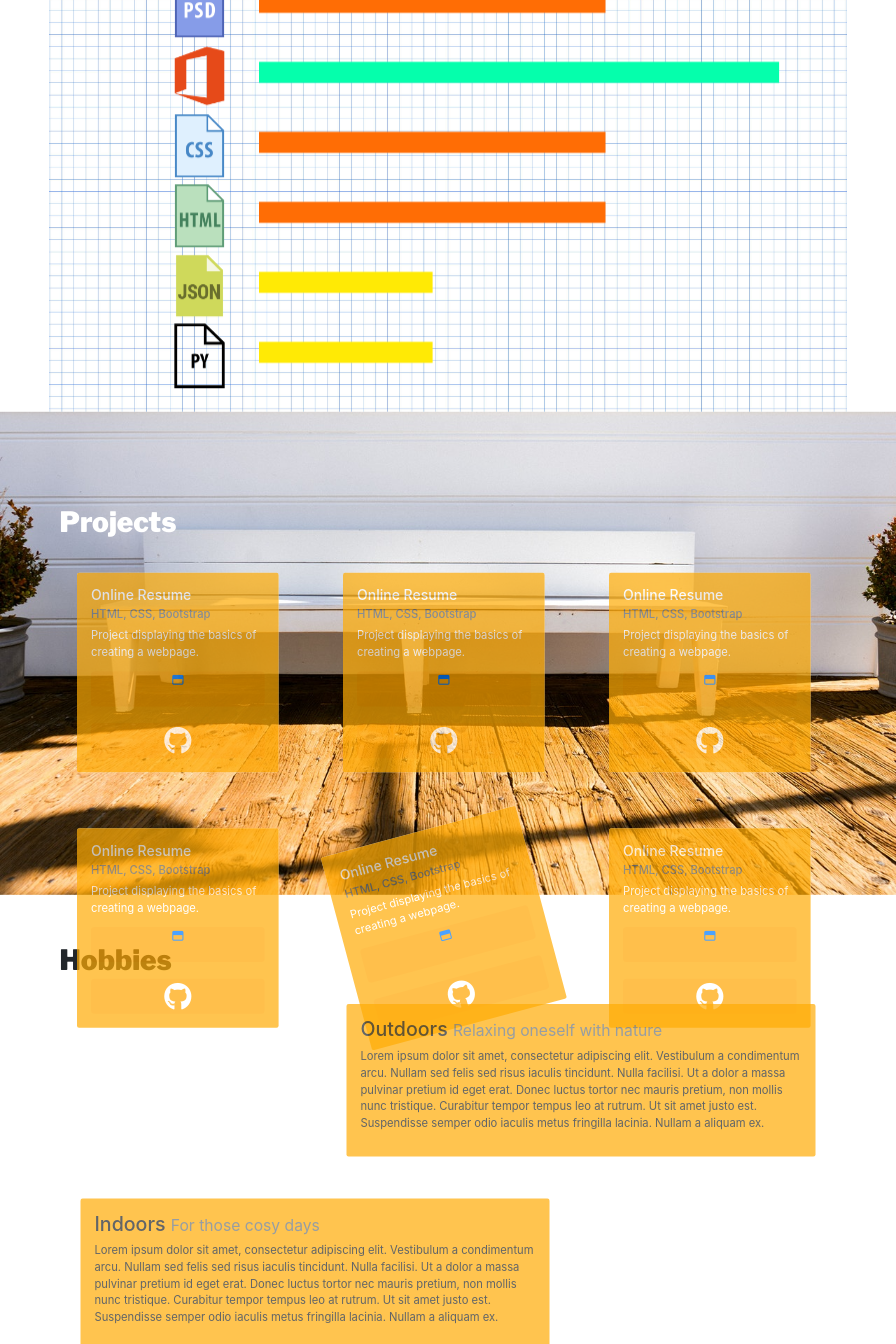
Repository: muhdarifrawi/resume-project
Page: index.html
The author's editor kept a record of every edit. The page is drawn from the files as they stood at one moment, then again after the next edit.
The browser window is 1280 px wide. The pictures show the part of the page from y = 946 to 2866 px (the page is 3765 px tall), at 70% of full size.
The pointer rests on the first visible `.card`.
Some web libraries are served in a nearby version.

Above is the page before.

### index.html
<!doctype html>
<html lang="en">

<head>
    <!-- Required meta tags -->
    <meta charset="utf-8">
    <meta name="viewport" content="width=device-width, initial-scale=1, shrink-to-fit=no">
    <!-- Font Awesome script -->
    <script src="https://kit.fontawesome.com/00e1568e72.js"></script>
    <!-- GOOGLE font -->
    <link href="https://fonts.googleapis.com/css?family=Libre+Franklin:900&display=swap" rel="stylesheet">
    <!-- AOS script -->
    <link href="https://unpkg.com/aos@2.3.1/dist/aos.css" rel="stylesheet">

    <!-- Bootstrap CSS -->
    <link rel="stylesheet" href="https://stackpath.bootstrapcdn.com/bootstrap/4.3.1/css/bootstrap.min.css" integrity="sha384-ggOyR0iXCbMQv3Xipma34MD+dH/1fQ784/j6cY/iJTQUOhcWr7x9JvoRxT2MZw1T" crossorigin="anonymous">
    <link rel="stylesheet" href="style.css" type="text/css" />
    <title>Online Resume</title>
</head>

  <!-- scroll spy added to body section -->
<body data-spy="scroll" data-target="#navscroll" data-offset="100">
    <!-- Navbar starts here -->
    <nav id="navscroll" class="navbar fixed-top navbar-expand-lg navbar-light bg-light">
        <a class="navbar-brand" href="#">My Resume</a>
        <button class="navbar-toggler" type="button" data-toggle="collapse" data-target="#navbarSupportedContent" aria-controls="navbarSupportedContent" aria-expanded="false" aria-label="Toggle navigation">
    <span class="navbar-toggler-icon"></span>
  </button>

        <div class="collapse navbar-collapse" id="navbarSupportedContent">
            <ul class="navbar-nav mr-auto">
                <li class="nav-item">
                    <a class="nav-link" href="#home">Home <span class="sr-only">(current)</span></a>
                </li>
                <li class="nav-item">
                    <a class="nav-link" href="#skills">Skills</a>
                </li>

                <li class="nav-item">
                    <a class="nav-link" href="#projects">Projects</a>
                </li>

                <li class="nav-item">
                    <a class="nav-link" href="#hobbies">Hobbies</a>
                </li>

                <li class="nav-item">
                    <a class="nav-link" href="#contact">Contact Me</a>
                </li>

            </ul>

        </div>
    </nav>
    <!-- navbar ends here -->

    <!--Jumbotron -->
    <div class="jumbotron jumbotron-fluid" id="home">
        <div class="container">
            <h1 class="display-4">Muhammad Arif Bin Rawi</h1>
            <p class="lead">Aspiring Junior Game Developer. </p>
        </div>
    </div>

    <div class="orange strip"></div>

<div class="container" id="skills">

<h1>Skills</h1>
    <!-- created div to slot in AOS -->
   <div data-aos="fade-right" data-aos-offset="300" data-aos-easing="ease-in-sine">
        <!-- photoshop row -->
        <div class="row pt-md-5">
            <div class="col-lg-3 col-sm-6">
                <div class="ware">
                    <img src="image/icon/PS.png" alt="photoshop" class="rounded">
                    <div class="house">
                        <div class="text">
                            <h5>Photoshop</h5>
                        </div>
                        <div class="text2">
                            <h6>Good</h6>
                        </div>
                    </div>
                </div>
            </div>
            <div class="col-lg-9 col-sm-6">
                <div class="bar-mid"></div>
            </div>
        </div>

        <!-- ms office row -->
        <div class="row">
            <div class="col-lg-3 col-sm-6">
                <div class="ware">
                    <img src="image/icon/MSO.png" alt="MS Office" class="rounded">
                    <div class="house">
                        <div class="text">
                            <h5>MS Office</h5>
                        </div>
                        <div class="text2">
                            <h6>Advance</h6>
                        </div>
                    </div>
                </div>
            </div>
            <div class="col-lg-9 col-sm-6">
                <div class="bar-full"></div>
            </div>
        </div>

        <!-- CSS row -->
        <div class="row">
            <div class="col-lg-3 col-sm-6">
                <div class="ware">
                    <img src="image/icon/CSS.png" alt="CSS" class="rounded">
                    <div class="house">
                        <div class="text">
                            <h5>CSS</h5>
                        </div>
                        <div class="text2">
                            <h6>Good</h6>
                        </div>
                    </div>
                </div>
            </div>
            <div class="col-lg-9 col-sm-6">
                <div class="bar-mid"></div>
            </div>
        </div>

        <!-- HTML row -->
        <div class="row">
            <div class="col-lg-3 col-sm-6">
                <div class="ware">
                    <img src="image/icon/HTML.png" alt="HTML" class="rounded">
                    <div class="house">
                        <div class="text">
                            <h5>HTML</h5>
                        </div>
                        <div class="text2">
                            <h6>Good</h6>
                        </div>
                    </div>
                </div>
            </div>
            <div class="col-lg-9 col-sm-6">
                <div class="bar-mid"></div>
            </div>
        </div>

        <!-- Java row -->
        <div class="row">
            <div class="col-lg-3 col-sm-6">
                <div class="ware">
                    <img src="image/icon/JS.png" alt="Java" class="rounded">
                    <div class="house">
                        <div class="text">
                            <h5>Java</h5>
                        </div>
                        <div class="text2">
                            <h6>Basic</h6>
                        </div>
                    </div>
                </div>
            </div>
            <div class="col-lg-9 col-sm-6">
                <div class="bar-min"></div>
            </div>
        </div>

        <!-- Python row -->
        <div class="row">
            <div class="col-lg-3 col-sm-6">
                <div class="ware">
                    <img src="image/icon/PY.png" alt="Python" class="rounded">
                    <div class="house">
                        <div class="text">
                            <h5>Python</h5>
                        </div>
                        <div class="text2">
                            <h6>Basic</h6>
                        </div>
                    </div>
                </div>
            </div>
            <div class="col-lg-9 col-sm-6">
                <div class="bar-min"></div>
            </div>
        </div>
    </div>
</div>

    <!-- <div class="orange strip"></div> -->

<!--usage of jumbotron to overcome "no-stretch" problem -->
<div class="jumbotron jumbotron-fluid "  id="projects">
<div class="container">
        <h1>Projects</h1>
        <div class="row">
            <div class="col">
                <div class="card note" style="width: 18rem;">
                    <div class="card-body">
                        <h5 class="card-title">Online Resume</h5>
                        <h6 class="card-subtitle mb-2 text-muted">HTML, CSS, Bootstrap</h6>
                        <p class="card-text">Project displaying the basics of creating a webpage.</p>

                        <a href="https://muhdarifrawi.github.io/resume-project/" target="_blank" class="card-link">
                            <div class="rounded-box"><i class="far fa-window-maximize"></i></div></a>

                        <a href="https://github.com/muhdarifrawi/resume-project" target="_blank" class="card-link">
                            <div class="rounded-box"><i class="fab fa-github"></i></div></a>
                    </div>
                </div>
            </div>

            <div class="col">
                <div class="card note2" style="width: 18rem;">
                    <div class="card-body">
                        <h5 class="card-title">Online Resume</h5>
                        <h6 class="card-subtitle mb-2 text-muted">HTML, CSS, Bootstrap</h6>
                        <p class="card-text">Project displaying the basics of creating a webpage.</p>

                        <a href="https://muhdarifrawi.github.io/resume-project/" target="_blank" class="card-link">
                            <div class="rounded-box"><i class="far fa-window-maximize"></i></div></a>

                        <a href="https://github.com/muhdarifrawi/resume-project" target="_blank" class="card-link">
                            <div class="rounded-box"><i class="fab fa-github"></i></div></a>
                    </div>
                </div>
            </div>

            <div class="col">
                <div class="card note3" style="width: 18rem;">
                    <div class="card-body">
                        <h5 class="card-title">Online Resume</h5>
                        <h6 class="card-subtitle mb-2 text-muted">HTML, CSS, Bootstrap</h6>
                        <p class="card-text">Project displaying the basics of creating a webpage.</p>

                        <a href="https://muhdarifrawi.github.io/resume-project/" target="_blank" class="card-link">
                            <div class="rounded-box"><i class="far fa-window-maximize"></i></div></a>

                        <a href="https://github.com/muhdarifrawi/resume-project" target="_blank" class="card-link">
                            <div class="rounded-box"><i class="fab fa-github"></i></div></a>
                    </div>
                </div>
            </div>

        </div>

        <div class="row">
        <div class="col">
            <div class="card note3" style="width: 18rem;">
                <div class="card-body">
                    <h5 class="card-title">Online Resume</h5>
                    <h6 class="card-subtitle mb-2 text-muted">HTML, CSS, Bootstrap</h6>
                    <p class="card-text">Project displaying the basics of creating a webpage.</p>

                    <a href="https://muhdarifrawi.github.io/resume-project/" target="_blank" class="card-link">
                        <div class="rounded-box"><i class="far fa-window-maximize"></i></div></a>

                    <a href="https://github.com/muhdarifrawi/resume-project" target="_blank" class="card-link">
                        <div class="rounded-box"><i class="fab fa-github"></i></div></a>
                </div>
            </div>
        </div>

        <div class="col">
            <div class="card note" style="width: 18rem;">
                <div class="card-body">
                    <h5 class="card-title">Online Resume</h5>
                    <h6 class="card-subtitle mb-2 text-muted">HTML, CSS, Bootstrap</h6>
                    <p class="card-text">Project displaying the basics of creating a webpage.</p>

                    <a href="https://muhdarifrawi.github.io/resume-project/" target="_blank" class="card-link">
                        <div class="rounded-box"><i class="far fa-window-maximize"></i></div></a>

                    <a href="https://github.com/muhdarifrawi/resume-project" target="_blank" class="card-link">
                        <div class="rounded-box"><i class="fab fa-github"></i></div></a>
                </div>
            </div>
        </div>

        <div class="col">
            <div class="card note2" style="width: 18rem;">
                <div class="card-body">
                    <h5 class="card-title">Online Resume</h5>
                    <h6 class="card-subtitle mb-2 text-muted">HTML, CSS, Bootstrap</h6>
                    <p class="card-text">Project displaying the basics of creating a webpage.</p>

                    <a href="https://muhdarifrawi.github.io/resume-project/" target="_blank" class="card-link">
                        <div class="rounded-box"><i class="far fa-window-maximize"></i></div></a>

                    <a href="https://github.com/muhdarifrawi/resume-project" target="_blank" class="card-link">
                        <div class="rounded-box"><i class="fab fa-github"></i></div></a>
                </div>
            </div>
        </div>

    </div>

    </div>
</div>
<!-- <div class="orange strip"></div> -->

<div class="container" id="hobbies">
    <h1>Hobbies</h1>
    <div class="row">

        <div class="col-sm-6 col-md-4 ">
            <div class="col"><div class="thumb camping"></div></div>
        </div>
        <div class="col-sm-6 col-md-8">
            <div class="card">
                <div class="card-body">
                    <h3>
                      Outdoors
                      <small class="text-muted">Relaxing oneself with nature</small>
                    </h3>

                    <p>
                        Lorem ipsum dolor sit amet, consectetur adipiscing elit. Vestibulum a condimentum arcu. Nullam sed felis sed risus iaculis tincidunt. Nulla facilisi. Ut a dolor a massa pulvinar pretium id eget erat. Donec luctus tortor nec mauris pretium, non mollis nunc tristique. Curabitur tempor tempus leo at rutrum. Ut sit amet justo est. Suspendisse semper odio iaculis metus fringilla lacinia. Nullam a aliquam ex.
                    </p>
                </div>
            </div>
        </div>

    </div>

       <div class="row">

        <div class="col-sm-6 order-sm-2 col-md-4">
            <div class="col"><div class="thumb indoor"></div></div>

        </div>
        <div class="col-sm-6 order-sm-1 col-md-8">

            <div class="card">
                <div class="card-body">
                    <h3>
                    Indoors
                      <small class="text-muted">For those cosy days</small>
                    </h3>

                    <p>
                        Lorem ipsum dolor sit amet, consectetur adipiscing elit. Vestibulum a condimentum arcu. Nullam sed felis sed risus iaculis tincidunt. Nulla facilisi. Ut a dolor a massa pulvinar pretium id eget erat. Donec luctus tortor nec mauris pretium, non mollis nunc tristique. Curabitur tempor tempus leo at rutrum. Ut sit amet justo est. Suspendisse semper odio iaculis metus fringilla lacinia. Nullam a aliquam ex.
                    </p>
                </div>
            </div>

        </div>

    </div>

</div>

<div class="orange strip"></div>

<div class="container" id="contact">


<div class="row">


<!-- left column -->
<div class="col-sm-6 pl-4">
    <!-- top column -->
    <div class="row">
    <h1>Contact Me</h1>
    </div>

<!-- bottom column -->
<div class="row">
<div class="col">
<form>

    <div class="form-group">
        <label for="name">Name</label>
        <input type="text" class="form-control" id="form1" placeholder="Name" required>
    </div>

    <div class="form-group">
        <label for="email">Email Address</label>
        <input type="email" class="form-control" id="form1" placeholder="name@example.com" required>
    </div>


    <div class="form-group">
        <label for="Textarea">Comments</label>
        <textarea class="form-control" id="form1" rows="3" required></textarea>
    </div>

    <input class="btn btn-primary" type="submit" value="Submit">
</form>

</div>
</div>
</div>
<!-- right column-->
<div class="col-sm-6 pl-4">
    <!-- top column -->
    <div class="row">
    <h1>Follow Me</h1>
    </div>
<!--bottom column -->
<div class="col">
    <div class="row pt-3"></div>
    <div class="row">
        <div class="col"><a href="https://www.twitter.com/ArifRawi" target="_blank"><div class="rounded-box"><i class="fab fa-twitter"></i></div></a></div>
        <div class="col"><a href="https://github.com/muhdarifrawi" target="_blank"><div class="rounded-box"><i class="fab fa-github"></i></div></a></div>
        <div class="col"><a href="https://www.instagram.com/muhdarifrawi/" target="_blank"><div class="rounded-box"><i class="fab fa-instagram"></i></div></a></div>

    </div>
    <div class="row"></div>
</div>
</div>
</div>
</div>

<div class="orange banner">
    <div class="container" id="footer">

        <div class="row">

            <div class="col-sm-4 px-4">
                <h6>Acknowledgments</h6>
                    <p>Thank you to all that has helped and guided me in making this project work.</p>



            </div>

            <div class="col-sm-4 px-4">
                <h6>Disclaimer</h6>
                <p>This webpage is a work meant for education purposes only. </p>
            </div>

            <div class="col-sm-4 px-4">
                <h6>Copyright 2019, all rights reserved.</h6>
            </div>
        </div>

    </div>
</div>
    <!-- Optional JavaScript -->
    <!-- jQuery first, then Popper.js, then Bootstrap JS -->
    <script src="https://code.jquery.com/jquery-3.3.1.slim.min.js" integrity="sha384-q8i/X+965DzO0rT7abK41JStQIAqVgRVzpbzo5smXKp4YfRvH+8abtTE1Pi6jizo" crossorigin="anonymous"></script>
    <script src="https://cdnjs.cloudflare.com/ajax/libs/popper.js/1.14.7/umd/popper.min.js" integrity="sha384-UO2eT0CpHqdSJQ6hJty5KVphtPhzWj9WO1clHTMGa3JDZwrnQq4sF86dIHNDz0W1" crossorigin="anonymous"></script>
    <script src="https://stackpath.bootstrapcdn.com/bootstrap/4.3.1/js/bootstrap.min.js" integrity="sha384-JjSmVgyd0p3pXB1rRibZUAYoIIy6OrQ6VrjIEaFf/nJGzIxFDsf4x0xIM+B07jRM" crossorigin="anonymous"></script>
    <!--AOS script -->
    <script src="https://unpkg.com/aos@2.3.1/dist/aos.js"></script>

    <script>
        AOS.init();
    </script>
</body>

</html>

### style.css
html{
    width:100%;
    height:100%;

}

body{
    padding-top:30px;
    width:100%;
    height:100%;

}

.jumbotron{
    margin-bottom:0px;
}

.box{
    height:50px;
    width:50px;
}

.red{
    background-color:red;
}

.blue{
    background-color:blue;
}

.orange{
    background-color:rgba(255, 172, 5, 1);
}

.strip{
    width:100%;
    height:10px;
}

.banner{
    width:100%;
    height:300px;
}

.rect{
    width:100%;
    height:100%;
    padding:15px;
}

.container{
    padding-top:70px;
    padding-bottom:30px;
}

.shelf{
    height:100%;
    width:100%;
}

.col{
    padding:10px;
}


.jumbotron {
  background-image: url("image/bg/bench.jpg");
  background-size: cover;
  /*this allows the image to stretch height to its max. needs html and body to be height:100% as well*/
  height:100%;

  color:white;
}

h1 {
font-family: 'Libre Franklin', sans-serif;
}

.card{
    margin:30px;
    opacity:0.7;
    border:none;

}

.card-body{
    background-color:rgb(255, 172, 5);
    border-radius:3px;

}

#footer{
    padding-bottom:0px;
    padding-left:0px;
    padding-right:0px;
    width:100%;
}

.btn-primary{
    background-color:rgb(255, 193, 100);
    border-color:rgb(255, 193, 100);

}

.btn-primary:hover {
    background-color:rgb(255, 234, 5);
    border-color:rgb(255, 234, 5);

}

.icon{
    height:60px;
}

#projects{
    background-image:url(image/bg/bench.jpg);
}

#skills{
    background-image:url(image/bg/graph.jpg);
    background-size:cover;

}

.rounded-box{
    background-color:orange;
    height:50px;
    border-radius:5px;
    text-align:center;
    border:1px;
    transition-duration:0.5s;
}

.rounded-box:hover{
    transition-duration:0.5s;
    background-color:rgb(255, 234, 5);
    border-color:rgb(255, 234, 5);
}

.fa-twitter{
    padding-top:5px;
    font-size:40px;
    color:white;
}

.fa-github{
    padding-top:5px;
    font-size:40px;
    color:white;
}

.fa-instagram{
    padding-top:5px;
    font-size:40px;
    color:white;
}

.follow{
    margin-top:50px;
}


.bar-full {
    width:0%;
    height:30px;
    background-color:blue;
    animation-name: adv;
    animation-duration: 4s;
    animation-fill-mode:forwards;
    transform:translate(0, 100%);
}

@keyframes adv{

    from{
        width:0%;
        Background-color:rgb(255, 234, 5);
    }

    to{
        width:90%;
        background-color:rgb(5, 255, 172);

    }

}

.bar-mid {
    width:0%;
    height:30px;
    background-color:blue;
    animation-name: gd;
    animation-duration: 4s;
    animation-fill-mode:forwards;
    transform:translate(0, 100%);
}

@keyframes gd{

    from{
        width:0%;
        Background-color:rgb(255, 234, 5);
    }

    to{
        width:60%;
        background-color:rgb(255, 109, 5);

    }

}

.bar-min {
    width:0%;
    height:30px;
    background-color:blue;
    animation-name: basic;
    animation-duration: 4s;
    animation-fill-mode:forwards;
    transform:translate(0, 100%);
}

@keyframes basic{

    from{
        width:0%;
        Background-color:rgb(255, 234, 5);
    }

    to{
        width:30%;
        background-color:rgb(255, 234, 5);

    }

}

.ware{
    /*background-color:purple;*/
    width:100px;
    height:100%;
    margin-left:150px;

}

.rounded{
    width:100%;
}

.house{
    background-color:rgb(255, 172, 5);
    width:100px;
    height:100%;
    transform:translate(0,-100%);
    opacity:0;
    transition-duration:0.75s;
    position:absolute;
    text-align:justify;
    border-radius:3px;
}

.ware:hover .house{
    opacity:0.9;
    cursor:pointer;
}

.text{
    color:rgb(88, 5, 255);
    margin-top:5px;
    text-align:center;
}

.text2{
    color:rgba(5, 88, 255, 0.7);
    margin-top:5px;
    text-align:center;
}

.note {
    transform:rotate(-15deg);
    transition-duration: 1s;
}

.note:hover {
    transform:rotate(0deg);
}

After the next edit:
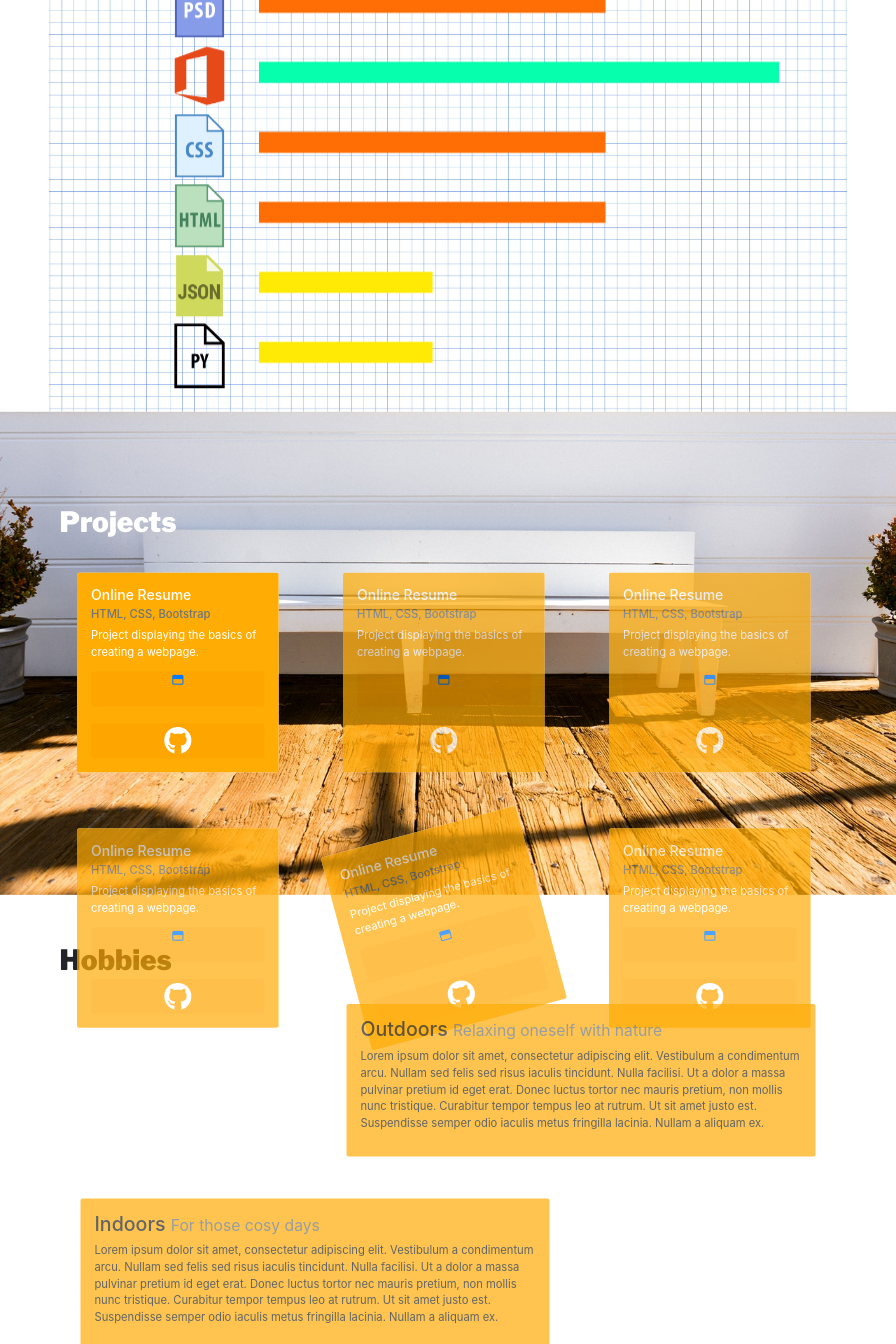
The edit:
--- a/style.css
+++ b/style.css
@@ -87,6 +87,10 @@
     background-color:rgb(255, 172, 5);
     border-radius:3px;
 
+}
+
+.card:hover{
+    opacity:1;
 }
 
 #footer{
